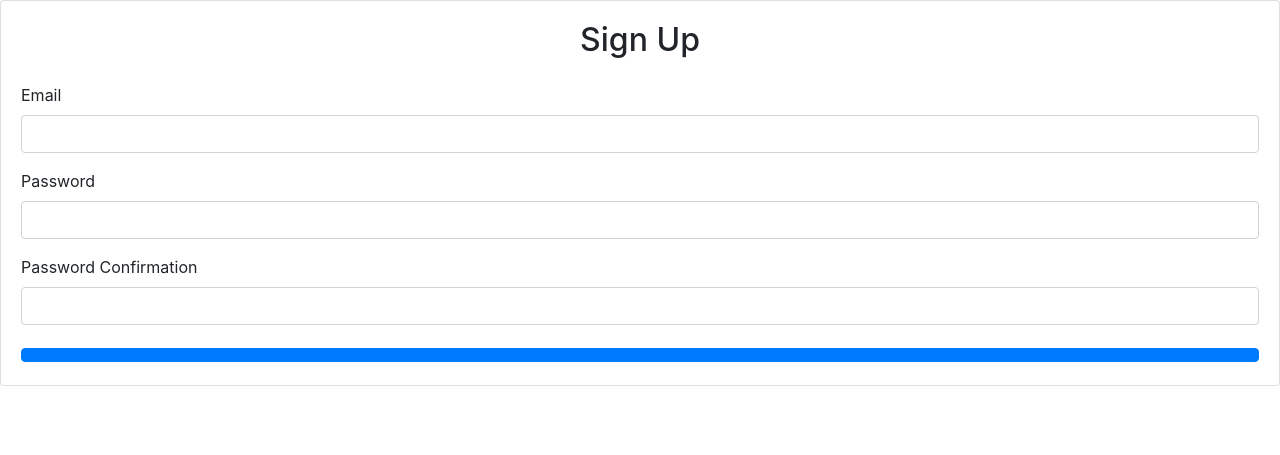
Repository: JonoBowenDev/firebase-tutorial
Page: /forgot-password
These files come from the project's save history. The page is drawn as it stood at one moment and after the next save; the edit follows.
The browser window is 1280 px wide. The pictures show the whole page.
The project was rebuilt for these pictures with package versions that can differ from the ones it lists, and the page was loaded fresh each time.

Above is the page before, as saved 2021-03-11 13:47:59.

After the next save:
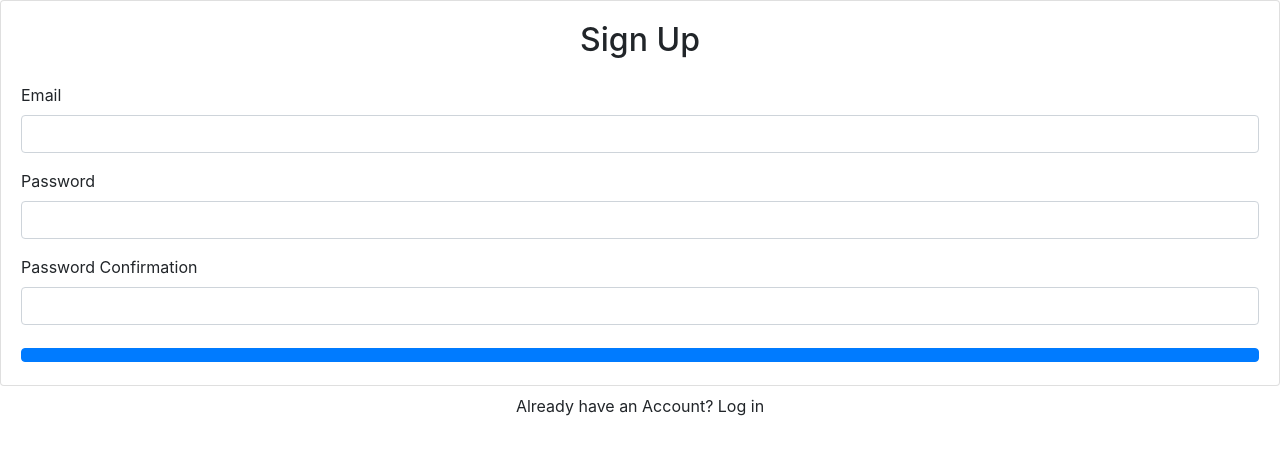
Saved 57 s later.
--- a/src/components/SignUp.js
+++ b/src/components/SignUp.js
@@ -30,7 +30,7 @@ export default function SignUp() {
             </Card.Body>
         </Card>
         <div className="w-100 text-center mt-2">
-
+            Already have an Account? Log in
         </div>
         </div>
     )
